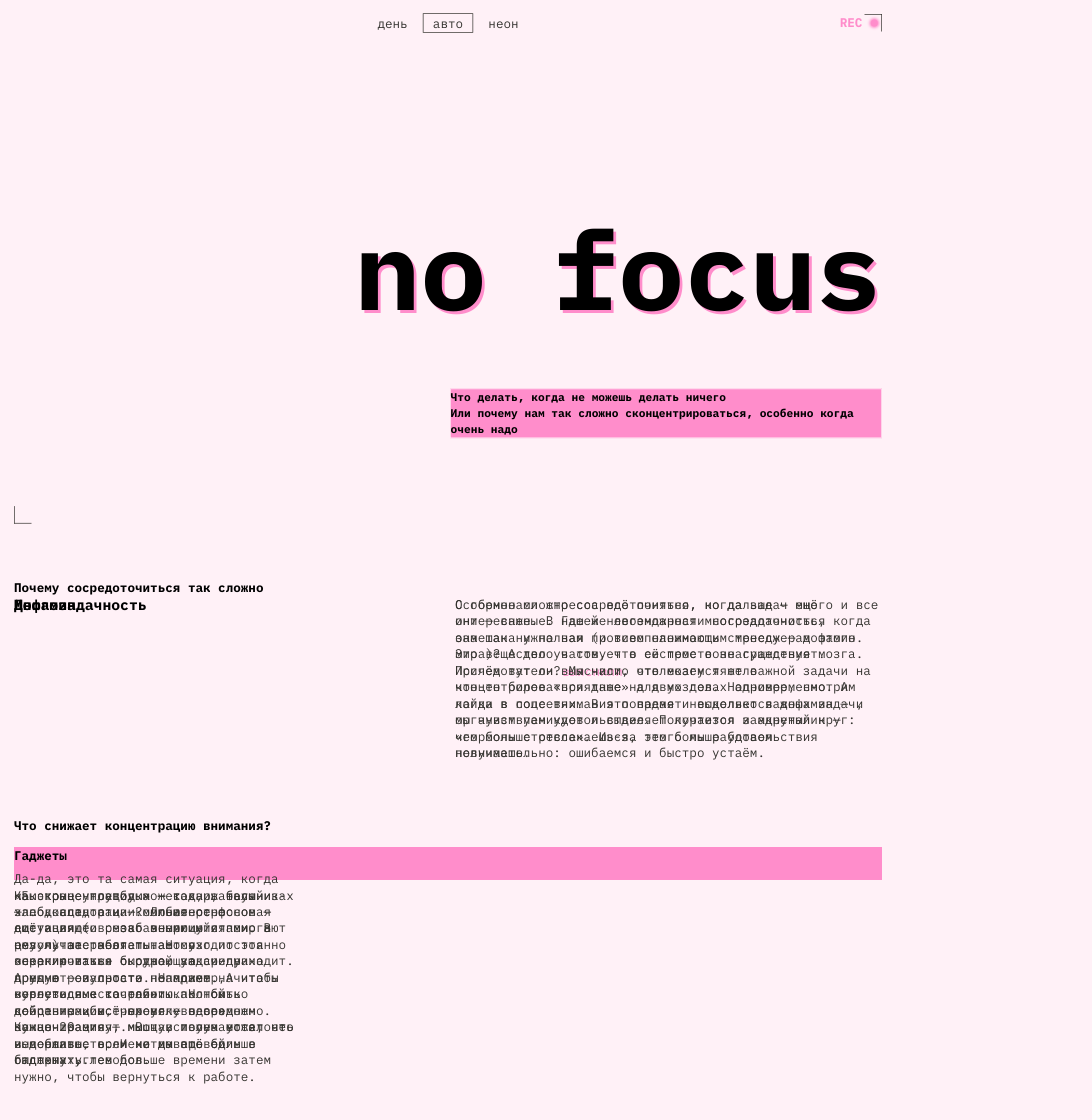
Repository: NikWolf75/slozhno-sosredotochitsya-fd
Page: index.html
An editor plug-in stored every save of this project. The page is shown before and after the next save, followed by the edit.
The browser window is 1280 px wide. The page is 1560 px wide, so the pictures cover 1560 px, including what lies to the right of the window. The pictures show the part of the page from y = 0 to 1600 px (the page is 7362 px tall), at 70% of full size.

Above is the page before, as saved 2025-02-27 21:37:22.

### index.html
<!DOCTYPE html>
<html lang="ru">
  <head>
    <meta charset="UTF-8" />
    <meta http-equiv="X-UA-Compatible" content="IE=edge" />
    <meta name="viewport" content="width=device-width, initial-scale=1.0" />
    <meta name="color-scheme" content="dark light" />
    <link rel="stylesheet" href="/fonts/fonts.css" />
    <link rel="stylesheet" href="/styles/globals.css" />
    <link rel="stylesheet" href="/styles/variables.css" />
    <link rel="stylesheet" href="/styles/style.css" />
    <link rel="stylesheet" href="/styles/dark.css" />
    <link rel="stylesheet" href="/styles/light.css" />
    <link rel="icon" href="/images/favicon.ico" sizes="any" />
    <link rel="icon" href="/images/favicon.svg" type="image/svg+xml" />
    <title>Сложно сосредоточиться</title>
    <script src="./scripts/script.js"></script>
  </head>
  <body class="page">
    <header class="header decorated-zone">
      <p class="rec_element">REC</p>
      <nav class="header__theme-menu">
        <ul class="header__theme-menu-list">
          <li class="header__theme-menu-item">
            <button
              class="header__theme-menu-button header__theme-menu-button_type_light"
            >
              День
            </button>
          </li>
          <li class="header__theme-menu-item">
            <button
              class="header__theme-menu-button header__theme-menu-button_active header__theme-menu-button_type_auto"
              disabled
            >
              Авто
            </button>
          </li>
          <li class="header__theme-menu-item">
            <button
              class="header__theme-menu-button header__theme-menu-button_type_dark"
            >
              Неон
            </button>
          </li>
        </ul>
      </nav>
      <h1 class="title_main">no focus</h1>
      <div class="title-decor">
        <p>Что делать, когда не можешь делать ничего</p>
        <p>
          Или почему нам так сложно сконцентрироваться, особенно когда очень
          надо
        </p>
      </div>
    </header>
    <main class="content">
      <section class="content__section">
        <h2 class="question_text">Почему сосредоточиться так сложно</h2>
        <article class="content__answers">
          <h3 class=".content__answer-short">Многозадачность</h3>
          <p class="answer_large">
            Особенно сложно сосредоточиться, когда задач много и все они —
            важные. Где же легендарная многозадачность, когда она так нужна вам
            (и всем нанимающим менеджерам этого мира)? А дело в том, что её
            просто не существует. Исследователи
            <a class="link-text" href="#0">выяснили</a>, что мозгу тяжело
            концентрироваться даже на двух делах одновременно. А когда в поле
            внимания попадает несколько важных задач, организм паникует и
            выделяет кортизол и адреналин — «гормоны стресса». Из-за этого мы
            работаем невнимательно: ошибаемся и быстро устаём.
          </p>
        </article>
        <article class="content__answers">
          <h3 class=".content__answer-short">Дофамин</h3>
          <p class="answer_large">
            С гормонами стресса всё понятно, но дальше — ещё интереснее. В нашей
            невозможности сосредоточиться замешана и полная противоположность
            стрессу — дофамин. Это вещество участвует в системе вознаграждения
            мозга. Причём тут он? Мы часто отвлекаемся от важной задачи на
            что-то более «приятное» для мозгов. Например, смотрим лайки в
            соцсетях. В это время и выделяется дофамин — и мы чувствуем
            удовольствие. Получается замкнутый круг: чем больше отвлекаешься,
            тем больше удовольствия получаешь.
          </p>
        </article>
      </section>
      <section class="content__section content__what">
        <h2 class="question_text">Что снижает концентрацию внимания?</h2>
        <article class="content__answers">
          <h3 class="content__answer-short">Многозадачность</h3>
          <p class="answer_large">
            Как концентрация может снижаться из-за… концентрации? Любая
            стрессовая ситуация (и резко меняющийся мир в целом) заставляет наш
            мозг постоянно «сканировать» окружающую среду на предмет опасности.
            Например, читать новости вместо работы. Но быть собранными всё время
            — невозможно. Концентрация — мышца, и она может не выдержать, если
            не давать ей отдохнуть.
          </p>
        </article>
        <article class="content__answers">
          <h3 class="content__answer-short">Еда</h3>
          <p class="answer_large">
            «Быстрые углеводы» — сахар, белый хлеб, сладости — молниеносно
            доставляют в мозг энергию и помогают ему лучше работать. Но уходит
            эта энергия также быстро, как и приходит. А мы в результате попадаем
            на «углеводные качели»: как только действие «быстрых углеводов»
            заканчивается, мы чувствуем усталость и сонливость. И хотим ещё
            больше быстрых углеводов.
          </p>
        </article>
        <article class="content__answers">
          <h3 class="content__answer-short">Гаджеты</h3>
          <p class="answer_large">
            Да-да, это та самая ситуация, когда на экране ноутбука — код, в
            наушниках — подкаст, а на компьютере фоном — ещё и видео с забавными
            утятами. В результате мозг пытается переключиться с одной задачи на
            другую — и просто не может. А чтобы вернуться к состоянию полной
            концентрации, человеку в среднем нужно 20 минут. Вот и получается,
            что чем больше времени мы проводим в гаджетах, тем больше времени
            затем нужно, чтобы вернуться к работе.
          </p>
        </article>
      </section>
      <section class="content__section">
        <h2 class="question_text">
          Как концентрироваться лучше, чем золотая рыбка (то есть дольше трёх
          секунд)
        </h2>
        <article class="content__answers advice">
          <h3 class="content__answer-short sub_content__answer-short">
            5 простых (на самом деле не очень) советов
          </h3>
          <h4 class="advice">
            Представьте небо и облака
          </h4>
          <p class="answer_large">
            Или листья в ручье. Тут дело в лёгкой медитации, которая помогает
            успокоиться. Ведь часто именно тревожные мысли о сложных задачах как
            раз и мешают эти сложные задачи делать. В такие моменты можно
            закрыть глаза и представить, что чистое небо — это вы, а облака —
            тревожные мысли. И сколько бы их ни было — ясное небо всегда будет
            где-то там, за тучами, и никуда не денется. Это упражнение поможет
            вернуться в настоящий момент, а не волноваться о потенциальных
            проблемах из будущего.
          </p>
        </article>
          <h4 class="advice">
            Включите музыку
          </h4>
          <p class="answer_large">
            Но не любую, и не любимую. Любимая может быть связана с сильными
            положительными эмоциями, которые тоже очень сильно отвлекают.
            Подойдёт тихая, спокойная, умеренно-ритмичная. Можно вообще
            попробовать включить плейлист с «белым шумом» или нейромузыкой.
          </p>
          <h4 class="advice">
            Прогуляйтесь
          </h4>
          <p class="answer_large">
            Или даже пробегитесь. Лучше найти парк или лес: один эксперимент
            <a class="link-text" href="#0">показал</a>, что созерцание природы
            повышает концентрацию, в то время как после просмотра городских
            пейзажей она наоборот понижается. Можно совместить прогулку с
            физическими упражнениями или бегом — так в мозг поступит ещё больше
            кислорода и он будет лучше работать. Но и простая двадцатиминутная
            прогулка — тоже отличный вариант.
          </p>
          <h4 class="advice">
            Хорошо ешьте
          </h4>
          <p class="answer_large">
            Мы — не ваша бабушка, но это правда важно. Выбирайте продукты,
            которые препятствуют резким скачкам сахара в крови. Например, с
            высоким содержанием клетчатки: овощи, ягоды, бобовые (нут, чечевица,
            фасоль), коричневый рис, хлеб из цельнозерновой пшеницы.
          </p>
          <h4 class="advice">
            Читайте
          </h4>
          <p class="answer_large">
            Настоящие бумажные книги. Это правда помогает с концентрацией: чтобы
            прочитать пост в соцсети, достаточно нескольких минут или даже
            секунд. А вот интересная книга способна затянуть и на несколько
            часов и круто тренирует направленное внимание.
          </p>
        </article>
      </section>
      <section class="content__section content__gallery">
        <h2 class="content__answer-short">А можно в картинках?</h2>
        <div class="gallery">
          <figure class="gallery__item">
            <img
              class="content__section-image"
              src="./images/sunset.png"
              alt="Вид острова на закате"
              loading="lazy"
            />
          </figure>
          <figure class="gallery__item">
            <img
              class="gallery__section-image"
              src="./images/ice-cream.png"
              alt="Чаша с мороженным"
              loading="lazy"
            />
          </figure>
          <figure class="gallery__item">
            <img
              class="gallery__section-image"
              src="./images/tape.png"
              alt="Кассета"
              loading="lazy"
            />
          </figure>
          <figure class="gallery__item">
            <img
              class="gallery__section-image"
              src="./images/books.png"
              alt="Стопка книг"
              loading="lazy"
            />
          </figure>
          <figure class="gallery__item">
            <img
              class="gallery__section-image"
              src="./images/street.png"
              alt="Улица"
              loading="lazy"
            />
          </figure>
        </div>
      </section>
    </main>
    <footer class="footer decorated-zone">
      <h2 class="title_main footer__title">focus</h2>
    </footer>
  </body>
</html>

### styles/globals.css
*,
*::before,
*::after {
  box-sizing: border-box;
}

body {
  min-inline-size: 375px;
  max-inline-size: 1440px;
  margin: 0 auto;
}

h1,
h2,
h3,
h4,
h5,
h6,
p {
  margin: 0;
}

ul {
  margin: 0;
  padding: 0;
  list-style: none;
}

picture {
  margin: 0;
  padding: 0;
}

button,
a {
  font-family: inherit;
  font-size: inherit;
  line-height: inherit;
  color: currentColor;
}

### styles/variables.css
:root {
  --main-font: 'IBM Plex mono';
}

### styles/style.css
.page {
  display: flex;
  flex-direction: column;
  font-family: var(--main-font), monospace;
  block-size: min-content;
  position: relative;
  font-weight: 700;
  background-color: var(--main-background-color);
  background-image: var(--main-background-image);
  background-attachment: fixed;
  background-position: center;
  background-size: cover;
  background-repeat: no-repeat;
 }

.decorated-zone {
  position: relative;
}

.decorated-zone::after,
.decorated-zone::before {
  position: absolute;
  inline-size: 25px;
  block-size: 25px;
  content: "";
  border: 1px solid var(--corner-color);
}

.decorated-zone::after {
  border-top: none;
  border-right: none;
  bottom: 10px;
  left: 10px;
}

.decorated-zone::before {
  border-left: none;
  border-bottom: none;
  right: 10px;
  top: 10px;
}

@media (width >= 768px) {
  .decorated-zone::after {
    bottom: 20px;
    left: 20px;
  }
}

@media (width >= 768px) {
  .decorated-zone::before {
    right: 20px;
    top: 20px;
  }
}

.rec_element {
  position: absolute;
  align-self: start;
  justify-self: end;
  margin: 0;
  right: 10px;
  margin-right: 28px;
  font-size: 18px;
  grid-column: 3;
  grid-row: 1;
  color: var(--accent-color);
  gap: 10px;
}

@media (width >= 768px) {
  .rec_element {
    right: 20px;
  }
}

.rec_element::after {
  content: "";
  border-radius: 50%;
  position: absolute;
  top: 8px;
  left: 44px;
  background: var(--accent-color);
  width: 10px;
  height: 10px;
  box-shadow: 0 0 4px 2px var(--accent-color)
}

.header {
  display: grid;
  grid-template-columns: repeat(3, 1fr);
  grid-template-rows: 1fr min-content 1fr;
  align-items: center;
  justify-items: end;
  position: relative;
  block-size: min(668px, 100vh);
  padding: 10px;
  inline-size: 100%;
 }

 @media (width >= 768px) {
  .header {
    padding: 20px 20px 20px 0;
    block-size: max(1024px, 100vh);
  }
 }

 @media (width >= 1024px) {
  .header {
    block-size: max(768px, 100vh);
  }
 }

 .header__theme-menu {
  grid-column: 3;
  grid-row: 1;
  justify-self: end;
  align-self: center;
}

@media (width >= 1024px) {
  .header__theme-menu {
    grid-column: 1 / -1;
    align-self: start;
    justify-self: center;
    margin-left: 20px;
  }
 }

.header__theme-menu-list {
  display: flex;
  flex-direction: column;
  list-style: none;
  row-gap: 10px;
}

@media (width >= 1024px) {
  .header__theme-menu-list {
    display: flex;
    flex-direction: row;
    column-gap: 10px;
  }
 }

.header__theme-menu-button {
  font-family: inherit;
  background: transparent;
  font-size: 18px;
  color: var(--menu-color);
  border: none;
  text-transform: lowercase;
  border: none;
  height: 26px;
  padding-right: 13px;
  padding-left: 13px;
}

.header__theme-menu-bitton:hover {
  outline: 1px solid var(--menu-color-rgb);
}

.header__theme-menu-button_active {
  outline: 1px solid var(--menu-color);
}

.header__theme-menu-button:focus {
  outline: none;
  text-decoration: underline;
}

.header__theme-menu-button:focus-visible {
  outline: none;
  text-decoration: underline;
}

.title_main {
  font-family: inherit;
  font-size: clamp(7.25rem, 7.0115rem + 1.0178vw, 7.5rem);
  line-height: 95.7px;
  color: var(--title-main-text-color);
  text-shadow: 4px 4px 0 var(--accent-color);
  cursor: default;
  grid-column: 1 / -1;
  grid-row: 2;
}

@media (width >= 1024px) {
  .title_main {
    line-height: 129px;
  }
}

@media (width >= 768px) {
  .title_main {
    font-size: clamp(7.5rem, 0.5625rem + 14.4531vw, 9.8125rem);
    font-weight: 700;
    line-height: 99px;
  }
}

.title-decor {
  font-weight: 700;
  font-family: var(--main-font), monospace;
  line-height: 23px;
  background-color: var(--accent-color);
  color: var(--title-font-color);
  grid-row: 3;
  grid-column: 1 / -1;
  border: 1px solid var(--main-background-color);
  margin: 0;
  justify-self: end;
  align-self: center;
}

@media (width >= 768px) {
  .title-decor {
    max-width: 49%;
  }
}

.content {
  display: flex;
  box-sizing: border-box;
  flex-direction: column;
  padding: 40px 10px 0 10px;
  row-gap: 50px;
}

@media (width >= 768px) {
  .content {
    padding: 60px 20px 20px 20px;
    row-gap: 80px;
  }
  .content__section {
    display: grid;
    grid-template-columns: 1fr 2fr;
    column-gap: 20px;
  }
}

@media (width >= 1024px) {
  .content__section {
    column-gap: 10px;
  }
}

.content__what, .content__answers {
  margin-bottom: 20px;
}

.content__what, .content__answers:last-of-type {
  margin-bottom: 0;
}

.content__gallery, .content__answer-short {
  font-size: 18px;
}

@media (width >= 768px) and (width < 1024px) {
  .content__what,
  .content__gallery {
    display: grid;
    grid-template-columns: repeat(3, 1fr);
    grid-template-rows: min-content, 1fr;
    row-gap: 20px;
  }

  .content__what, .question_text {
    grid-row: 1;
    grid-column: 1;
  }

  .content__what, .content__answers {
    grid-row: 2;
    grid-column: 1 / -1;
    margin-bottom: 20px;
  }

  .content__gallery, .content__answer-short {
    grid-row: 1;
    grid-column: 1 / -1;
    margin: 0;
  }

  .content__gallery, .gallery {
    grid-row: 2;
    grid-column: 1 / -1;
  }
}

@media (width >= 1024px) {
  .content__what,
  .content__gallery {
    display: grid;
    grid-template-columns: repeat(3, 1fr);
    row-gap: 20px;
  }

  .content__what, .question_text {
    grid-row: 1;
    grid-column: 1;
  }

  .content__what, .content__answers {
    display: grid;
    grid-row: 2;
    grid-column: 1 / -1;
    column-gap: 20px;
    grid-template-columns: repeat(auto-fit, minmax(calc((100% - 40px) / 3), 1fr));
  }

  .content__gallery, .content__answer-short {
    grid-row: 1;
    grid-column: 1 / -1;
    margin: 0;
  }

  .content__gallery, .gallery {
    grid-row: 2;
    grid-column: 1 / -1;
  }
}

.question_text {
  font-family: var(--main-font), monospace;
  font-size: 18px;
  font-weight: 700;
  line-height: 23.5px;
  color: var(--question_text-color);
  margin: 0;
  margin-bottom: 20px;
}

@media (width >= 768px) {
  .question_text {
    padding-right: 9px;
    margin-bottom: 0;
  }
}

.content__answers {
  font-family: var(--main-font), monospace;
  font-size: 18px;
  font-weight: 700;
  line-height: 23.5px;
  color: var(--content__answer-short-color);
}

.content_how {
  display: flex;
  flex-direction: column;
}

.content__answer-short {
  color: var(--content__answer-short-color);
  background-color: var(--accent-color);
  margin: 0;
  margin-bottom: 10px;
  font-family: inherit;
  font-size: inherit;
  font-weight: inherit;
  line-height: inherit;
}

.sub_content__answer-short {
  margin-bottom: 20px;
}

.answer_large {
  font-family: inherit;
  font-size: inherit;
  font-weight: 400;
  line-height: inherit;
  color: var(--answer-text-color);
  margin: 0;
  margin-bottom: 20px;
}

.content__answers, .answer_large:last-of-type {
  margin-bottom: 0;
}

.link-text {
  text-decoration: none;
  color: inherit;
  text-shadow: 2px 2px 0 var(--shadow-accent-color);
}

.link-text:hover {
  border-bottom: 1px solid var(--menu-color);
}

.link-text:focus {
  outline: none;
  border: none;
}

.link-text:focus-visible {
  outline: 1px solid var(--answer-text-color);
  border: 1px solid transparent;
  color: var(--answer-text-color);
}

.advice {
  font-family: var(--main-font), monospace;
  font-size: 18px;
  font-weight: 400;
  background-color: var(--accent-color);
  line-height: 23.4px;
  margin: 0 0 10px 0;
}

.gallery {
  display: grid;
  grid-template-columns: 1fr;
  grid-template-rows: 142px 355px 237px 355px 237px;
  gap: 10px;
  grid-auto-flow: dense;
  margin-bottom: 40px;
}

.gallery__item {
  margin: o;
}

.gallery__section-image {
  object-fit: cover;
  inline-size: 100%;
  block-size: 100%;
}

@media (width >= 1024px) {
  .gallery {
    grid-template-rows: 260px 315px 433px;
  }
}

.footer {
  display: grid;
  height: 100vh;
  padding: 10px;
  block-size: max(668px, 100vh);
  grid-template-columns: 1fr;
  grid-template-rows: 1fr min-content 1fr;
}

@media (width >= 768px) {
  .footer {
    padding: 20px;
    block-size: max(1024px, 100vh);
  }
}

@media (width >= 1024px) {
  .footer {
    block-size: max(768px, 100vh);
  }
}

.footer_title {
  justify-self: center;
}

### styles/dark.css
:root.theme-dark {
  --title-short-text-color: #DB00FF;
  --header-background-image: url(../images/cover-image-dark.png);
  --title-text-color: #000028;
  --accent-color: #FF0070;
  --menu-color: #FF0070;
  --menu-color-rgb: rgba(255, 0, 112, 0.4);
  --shadow-accent-color: #FF0070;
  --main-background-color: #000028;
  --answer-text-color: #F1B2CE;
  --answer-short-text-color: #000028;
  --question-text-color: #FF0070;
  --corner-color: #FF0070;
}

.theme-dark .page {
  /* Вам также нужно будет написать ряд подобных селекторов */
}

.theme-dark li {
  outline: none;
}

@media (prefers-color-scheme: dark) {
  :root {
    /* сохраните этот селектор в приведённом виде.
      Так стили написанные ниже будут иметь больший вес,
      чем стили в медиазапросе предпочтений пользователя
    */
    --title-short-text-color: #DB00FF;
    --header-background-image: url(../images/cover-image-dark.png);
    --title-text-color: #000028;
    --accent-color: #FF0070;
    --menu-color: #FF0070;
    --menu-color-rgb: rgba(255, 0, 112, 0.4);
    --shadow-accent-color: #FF0070;
    --main-background-color: #000028;
    --answer-text-color: #F1B2CE;
    --answer-short-text-color: #000028;
    --question-text-color: #FF0070;
    --corner-color: #FF0070;
  }

  li {
    outline: none;
  }
}

### styles/light.css
:root.theme-light {
  --title-short-text-color: #FFC2E6;
  --header-background-image: url(../images/cover-image-light.png);
  --title-text-color: #353430;
  --accent-color: #FF8DCB;
  --menu-color: #353430;
  --menu-color-rgb: rgba(53, 52, 48, 0.4);
  --shadow-accent-color: #FF8DCB;
  --main-background-color: #FFF1F7;
  --answer-text-color: #353430;
  --answer-short-text-color: #353430;
  --question-text-color: #353430;
  --corner-color: #353430;
}

.theme-light .page .rec_element {
  display: none;
}

.theme-light .rec_element::after {
  display: none;
}

.theme-light li {
  outline: none;
}

@media (prefers-color-scheme: light) {
  :root {
    --title-short-text-color: #FFC2E6;
    --header-background-image: url(../images/cover-image-light.png);
    --title-text-color: #353430;
    --accent-color: #FF8DCB;
    --menu-color: #353430;
    --menu-color-rgb: rgba(53, 52, 48, 0.4);
    --shadow-accent-color: #FF8DCB;
    --main-background-color: #FFF1F7;
    --answer-text-color: #353430;
    --answer-short-text-color: #353430;
    --question-text-color: #353430;
    --corner-color: #353430;
  }


  .theme-light .rec_element {
    display: none;
  }

  .theme-auto .rec_element {
    display: none;
  }

  .rec_element .rec_element::after {
    display: none;
  }

  li {
    outline: none;
  }
}

### scripts/script.js
(function initTheme() {
  const theme = localStorage.getItem('theme');
  if (theme) {
    setTheme(theme);
  }
})();

document.addEventListener('DOMContentLoaded', () => {
  const currentTheme = [...document.documentElement.classList]
    .find((cn) => cn.startsWith('theme-'))
    ?.replace('theme-', '');
  const themeButtons = [
    ...document.querySelectorAll('.header__theme-menu-button'),
  ];
  setActiveButton(themeButtons, currentTheme);

  themeButtons.forEach((button) => {
    button.addEventListener('click', () => {
      const chosenTheme = [...button.classList]
        .find((cn) => cn.includes('_type_'))
        .split('_type_')[1];
      setTheme(chosenTheme);
      setActiveButton(themeButtons, chosenTheme);
    });
  });
});

function setTheme(theme) {
  document.documentElement.className = '';
  document.documentElement.classList.add(`theme-${theme}`);
  localStorage.setItem('theme', theme);
}

function setActiveButton(buttonsArray, theme) {
  buttonsArray.forEach((button) => {
    button.classList.remove('header__theme-menu-button_active');
    button.removeAttribute('disabled');
  });
  const target = buttonsArray.find((button) =>
    button.classList.contains(`header__theme-menu-button_type_${theme}`)
  );
  if (target) {
    target.classList.add('header__theme-menu-button_active');
    target.setAttribute('disabled', true);
  } else {
    const autoButton = document.querySelector(
      '.header__theme-menu-button_type_auto'
    );
    autoButton.classList.add('header__theme-menu-button_active');
    autoButton.setAttribute('disabled', true);
  }
}

Loaded but not shown: fonts/fonts.css (common file)

After the next save:
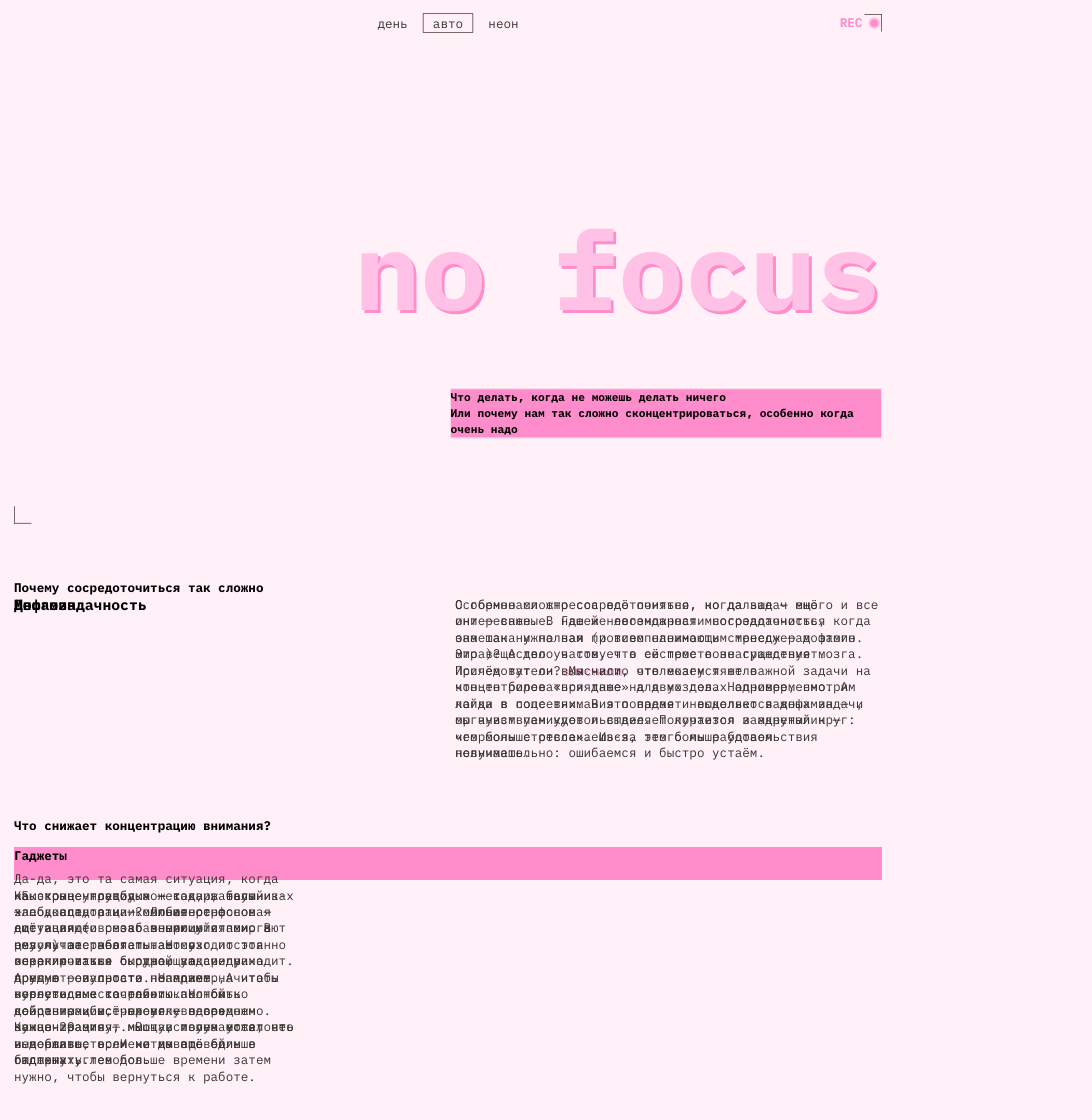
Saved 35 s later.
--- a/styles/style.css
+++ b/styles/style.css
@@ -177,7 +177,7 @@
   font-family: inherit;
   font-size: clamp(7.25rem, 7.0115rem + 1.0178vw, 7.5rem);
   line-height: 95.7px;
-  color: var(--title-main-text-color);
+  color: var(--title-short-text-color);
   text-shadow: 4px 4px 0 var(--accent-color);
   cursor: default;
   grid-column: 1 / -1;
